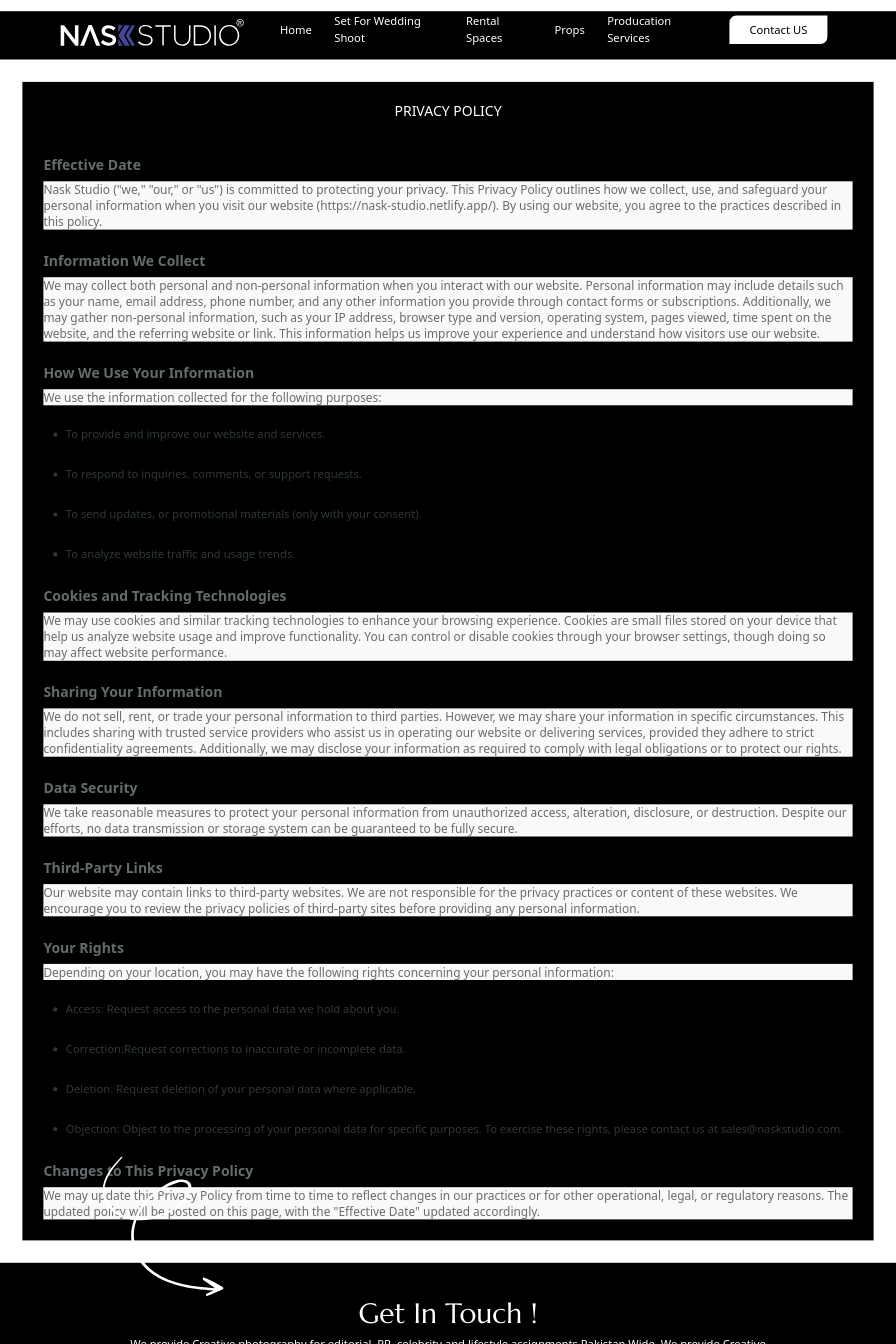
Repository: sagheerNaskSoft/nask-studio-sec-phase
Page: /privacy
An editor plug-in stored every save of this project. The page is shown before and after the next save, followed by the edit.
The browser window is 1280 px wide. The pictures show the part of the page from y = 0 to 1920 px (the page is 2568 px tall), at 70% of full size.
The project was rebuilt for these pictures with package versions that can differ from the ones it lists, and the page was loaded fresh each time. Also part of the build but not shown: src/Component/HomePage/Banner.js, src/Component/HomePage/ShootSection.js, src/Component/HomePage/SerivceSetion.js, src/Pages/Home.js, src/Pages/About.js, src/Component/WeddingSets/Banner.js, src/Component/WeddingSets/StudioSection.js, src/Pages/WeddingSets.js and 16 more.

Above is the page before, as saved 2025-02-03 21:48:35.

After the next save:
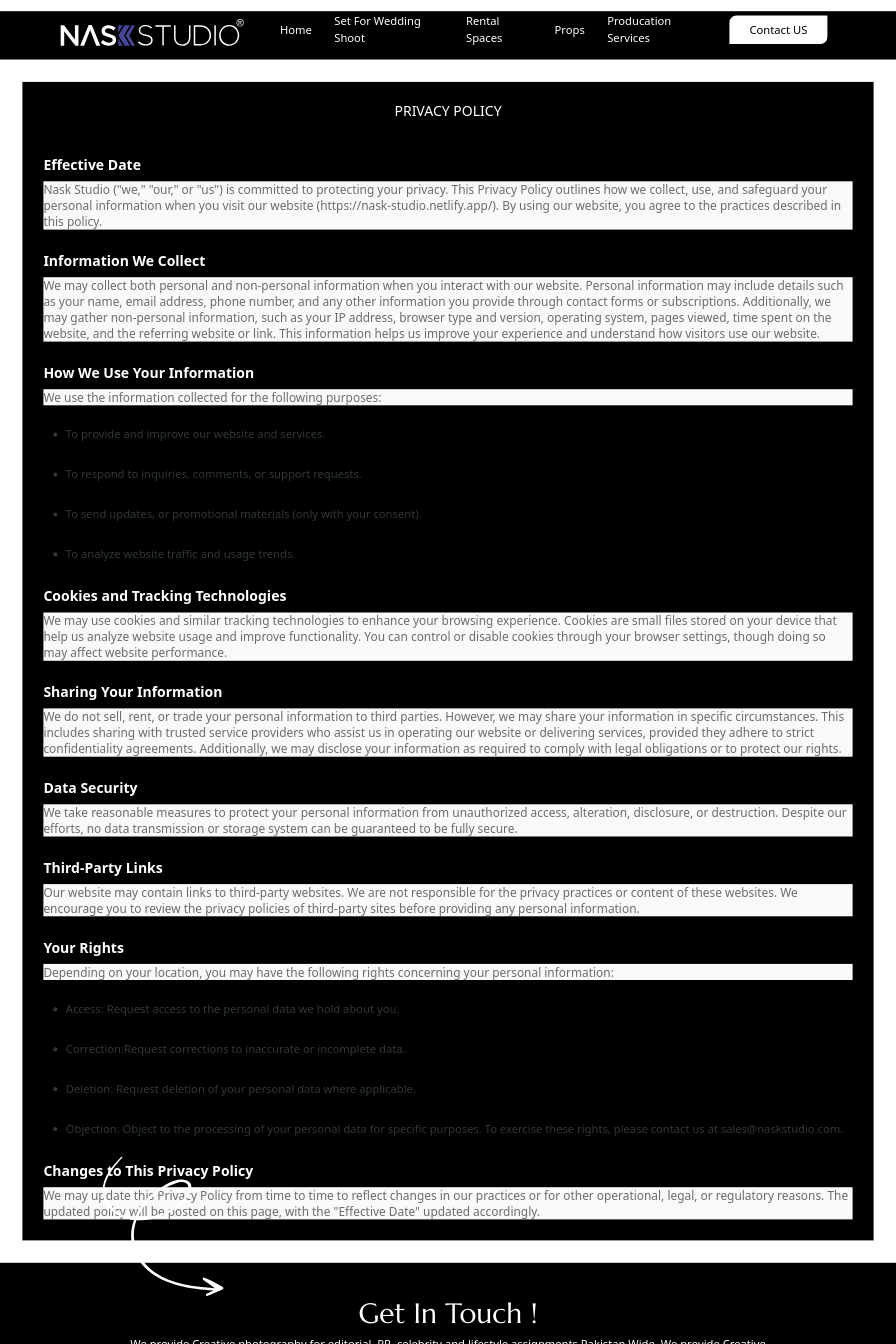
Saved 10 s later.
--- a/src/App.css
+++ b/src/App.css
@@ -847,7 +847,6 @@ body {
   text-align: justified;
   text-underline-position: from-font;
   text-decoration-skip-ink: none;
-  color: #646c6d;
   margin-top: 30px;
 }
 
